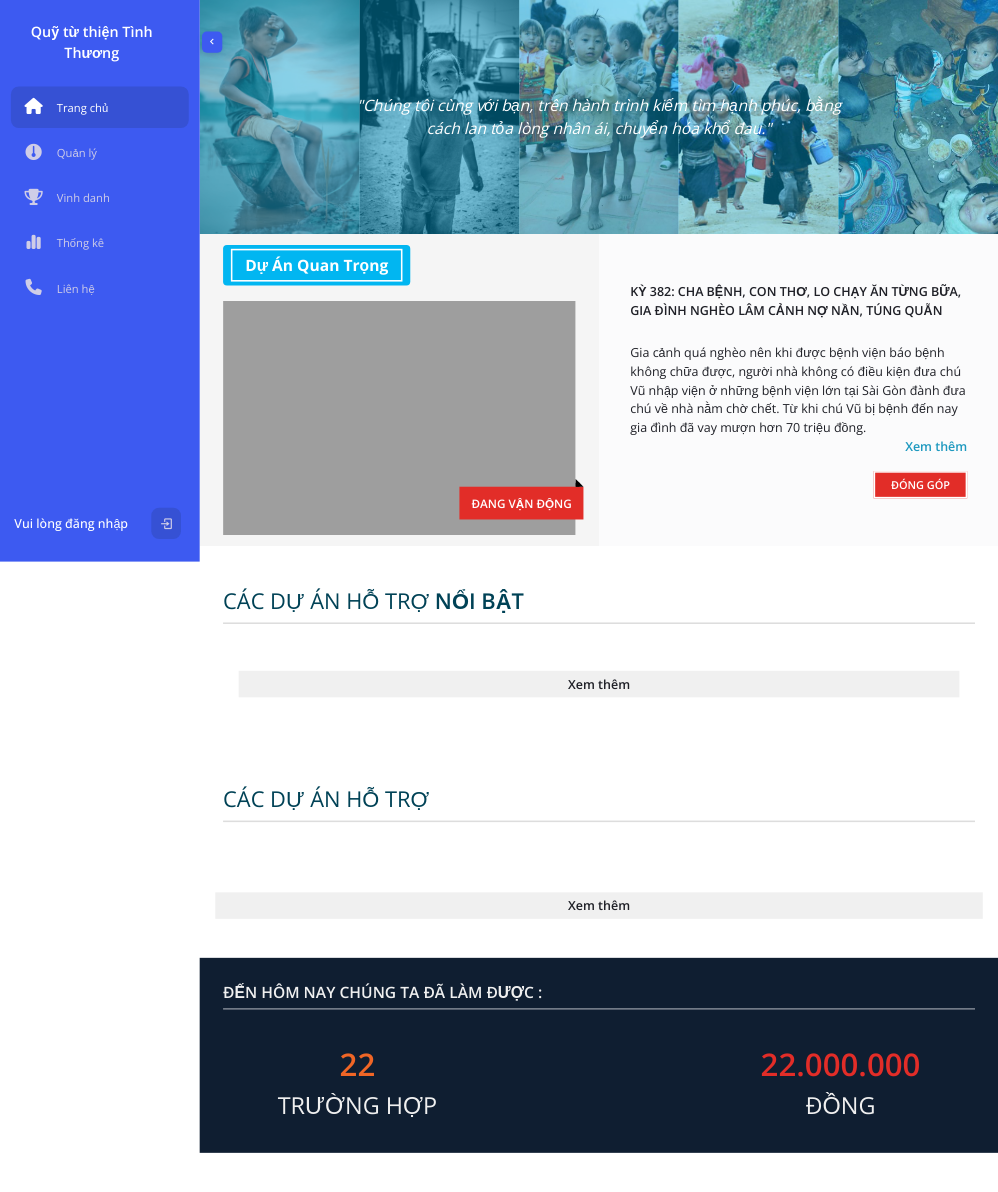
Repository: PhamTrungNguyen/tu-thien
Page: / (app in frontend/my-app/)
These files come from the project's save history. The page is drawn as it stood at one moment and after the next save; the edit follows.
The browser window is 1280 px wide. The pictures show the whole page, at 78% of full size.
Pictures or frames that could not be fetched are drawn as grey boxes. The page's requests for data from a server got no answer. The project was rebuilt for these pictures with package versions that can differ from the ones it lists, and the page was loaded fresh each time. No one was signed in, and anything a server would have sent is missing. Also part of the build but not shown: frontend/my-app/src/js/SignUpJS.js, frontend/my-app/src/components/input/Input.js, frontend/my-app/src/components/radio/Radio.js, frontend/my-app/src/layout/signPage/FormDialog.js, frontend/my-app/src/components/icon/IconEyeOpen.js, frontend/my-app/src/components/icon/IconEyeClose.js, frontend/my-app/src/layout/signPage/SignUpPage.js, frontend/my-app/src/layout/signPage/SignInPage.js and 19 more.

Above is the page before, as saved 2022-11-13 21:21:50.

After the next save:
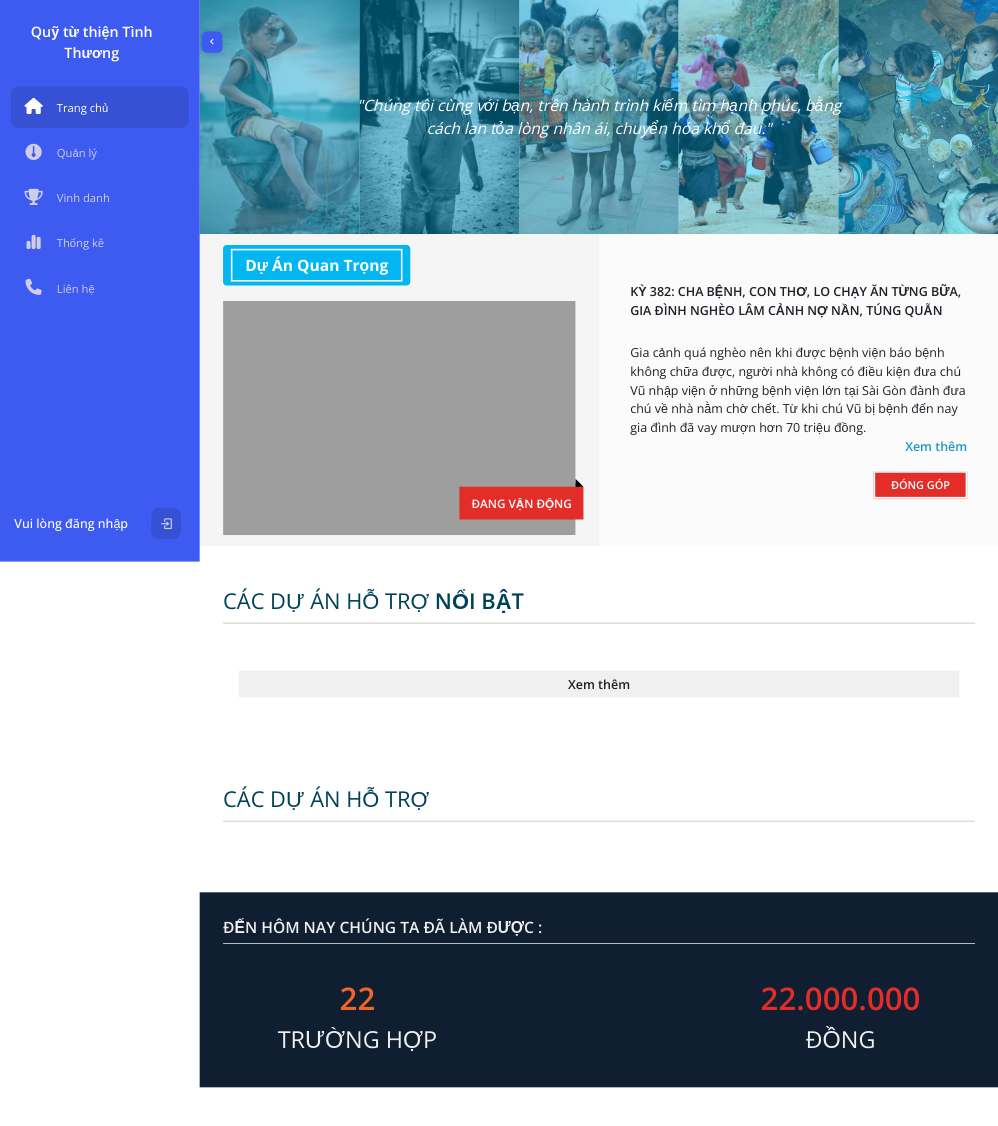
Saved 2 min 34 s later.
--- a/frontend/my-app/src/pages/HomePage.js
+++ b/frontend/my-app/src/pages/HomePage.js
@@ -30,7 +30,6 @@ const HomePage = () => {
 				<div className="">
 					<BarItem></BarItem>
 					<ProjectListNoHot></ProjectListNoHot>
-					<LoadMore></LoadMore>
 				</div>
 				<Banner></Banner>
 			</main>
